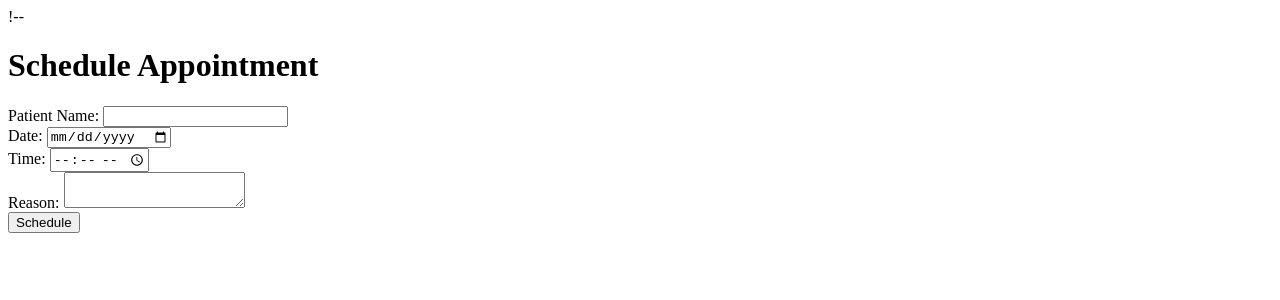
Repository: jaytriggz/Hospital-Management-System
Page: index.html
An editor plug-in stored every save of this project. The page is shown before and after the next save, followed by the edit.
The browser window is 1280 px wide. The pictures show the whole page.

Above is the page before, as saved 2024-07-04 14:17:52.

### index.html
!--<!DOCTYPE html>
<html lang="en">
<head>
    <meta charset="UTF-8">
    <title>Schedule Appointment</title>
</head>
<body>
    <h1>Schedule Appointment</h1>
    <form id="appointmentForm">
        <label for="patientName">Patient Name:</label>
        <input type="text" id="patientName" name="patientName" required><br>

        <label for="date">Date:</label>
        <input type="date" id="date" name="date" required><br>

        <label for="time">Time:</label>
        <input type="time" id="time" name="time" required><br>

        <label for="reason">Reason:</label>
        <textarea id="reason" name="reason" required></textarea><br>

        <button type="submit">Schedule</button>
    </form>

    <script>
        document.getElementById('appointmentForm').addEventListener('submit', function(event) {
            event.preventDefault();

            const formData = {
                patientName: document.getElementById('patientName').value,
                date: document.getElementById('date').value,
                time: document.getElementById('time').value,
                reason: document.getElementById('reason').value
            };

            fetch('/appointments', {
                method: 'POST',
                headers: {
                    'Content-Type': 'application/json'
                },
                body: JSON.stringify(formData)
            })
            .then(response => response.text())
            .then(data => {
                alert(data);
            })
            .catch(error => {
                console.error('Error:', error);
            });
        });
    </script>
</body>
</html>

After the next save:
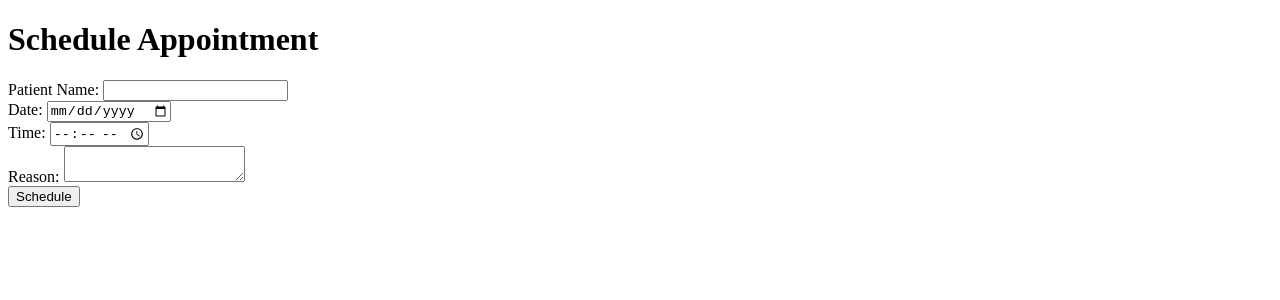
Saved 32 s later.
--- a/index.html
+++ b/index.html
@@ -1,4 +1,4 @@
-!--<!DOCTYPE html>
+<!DOCTYPE html>
 <html lang="en">
 <head>
     <meta charset="UTF-8">
